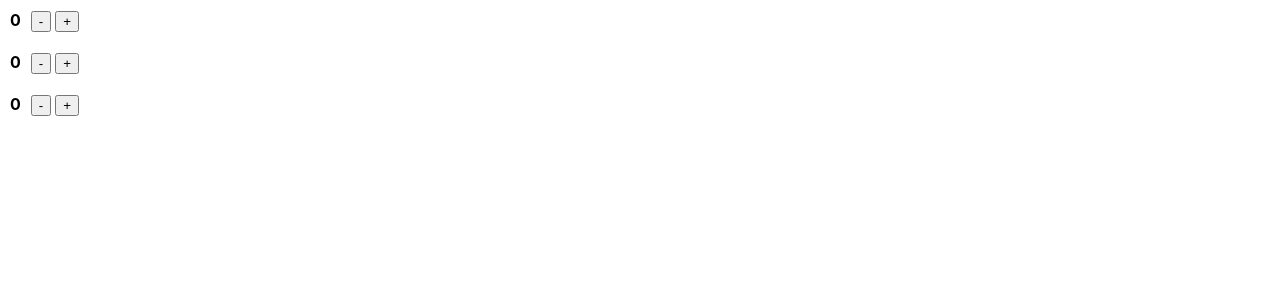
Repository: Fortune-Labs/Counter
Page: /
These files come from the project's save history. The page is drawn as it stood at one moment and after the next save; the edit follows.
The browser window is 1280 px wide. The pictures show the whole page.
The project was rebuilt for these pictures with package versions that can differ from the ones it lists, and the page was loaded fresh each time.

Above is the page before, as saved 2020-08-28 15:10:16.

After the next save:
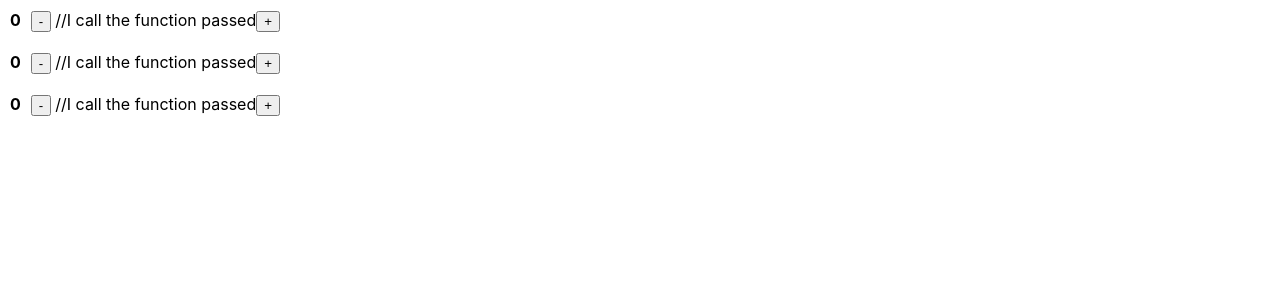
Saved 54 min 12 s later.
--- a/src/App.js
+++ b/src/App.js
@@ -1,5 +1,4 @@
-import React, { Component } from 'react';
-
+import React, { Component } from "react";
 
 // state data for 3 counters
 const data = [
@@ -9,31 +8,101 @@
 ];
 
 // Counter Component
+// class Counter extends Component {
+//   render() {
+//     const { value } = this.props;
+//     return (
+//       <div className="counter">
+//         <b>{value}</b>
+//         <div className="counter-controls">
+//           <button className="button is-danger is-small">-</button>
+//           <button className="button is-success is-small">+</button>
+//         </div>
+//       </div>
+//     );
+//   }
+// }
+
+//my counter
 class Counter extends Component {
+  onIncrement = (e) => {
+    this.props.onIncrement(1);
+  };
+
+  onDecrement = () => {
+    this.props.onIncrement(-1);
+  };
+
   render() {
     const { value } = this.props;
     return (
       <div className="counter">
         <b>{value}</b>
         <div className="counter-controls">
-          <button className="button is-danger is-small">-</button>
-          <button className="button is-success is-small">+</button>
+          <button
+            className="button is-danger is-small"
+            onClick={this.onDecrement}
+          >
+            -
+          </button>
+          //I call the function passed
+          <button
+            className="button is-success is-small"
+            onClick={this.onIncrement}
+          >
+            +
+          </button>
         </div>
       </div>
     );
   }
 }
 
+// class App extends Component {
+//   constructor(props, context) {
+//     super(props, context);
+//   }
+
+//   render() {
+//     return (
+//       <div>
+//         {data.map((counter) => (
+//           <Counter key={counter.id} value={counter.value} />
+//         ))}
+//       </div>
+//     );
+//   }
+// }
+
+//my app
 class App extends Component {
   constructor(props, context) {
     super(props, context);
+    this.state = {
+      data: [...data],
+    };
   }
 
+  onIncrement = (counter, increment) => {
+    const newValue = counter.value + increment;
+    this.setState({
+      data: data.map((item) => {
+        item.value = item.id === counter.id ? newValue : item.value;
+        return item;
+      }),
+    });
+  };
+
   render() {
+    const { data } = this.state;
     return (
       <div>
         {data.map((counter) => (
-          <Counter key={counter.id} value={counter.value} />
+          <Counter
+            key={counter.id}
+            value={counter.value}
+            onIncrement={this.onIncrement.bind(this, counter)}
+          />
         ))}
       </div>
     );

After the 3 saves that followed:
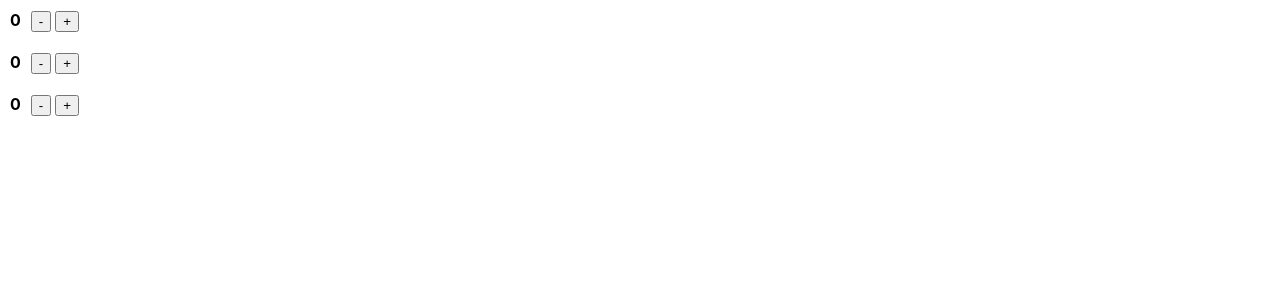
The 3 saves are shown as one change because 1 did not build or start and 1 left the picture as it was.
The last was saved 2 min 15 s later.
--- a/src/App.js
+++ b/src/App.js
@@ -45,7 +45,7 @@
           >
             -
           </button>
-          //I call the function passed
+
           <button
             className="button is-success is-small"
             onClick={this.onIncrement}
